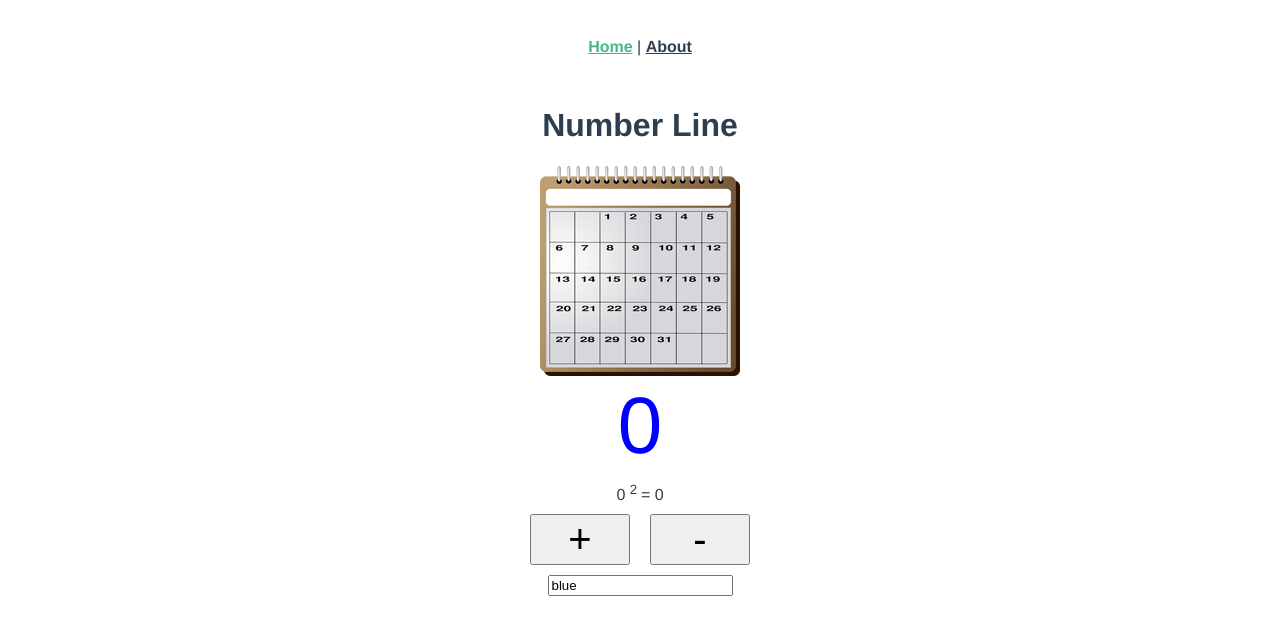
Repository: collegedude9300/numberline
Page: /
An editor plug-in stored every save of this project. The page is shown before and after the next save, followed by the edit.
The browser window is 1280 px wide. The pictures show the whole page.
The project was rebuilt for these pictures with package versions that can differ from the ones it lists, and the page was loaded fresh each time. Also part of the build but not shown: vue.config.js.

Above is the page before, as saved 2023-07-14 08:11:53.

After the next save:
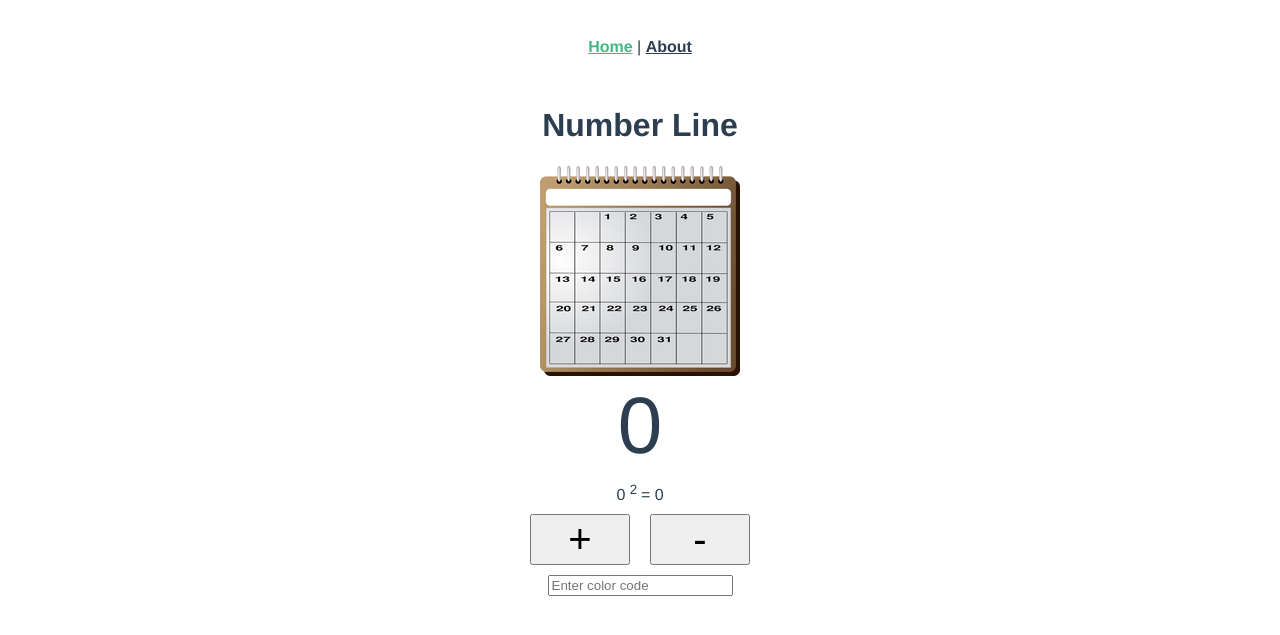
Saved 22 s later.
--- a/src/store/index.js
+++ b/src/store/index.js
@@ -2,8 +2,7 @@ import { createStore } from 'vuex'
 import axios from 'axios'
 export default createStore({
   state: {
-    counter: 0,
-    colorCode:'blue'
+    counter: 0
   },
   mutations: {
     increaseCounter(state, randomNumber){
